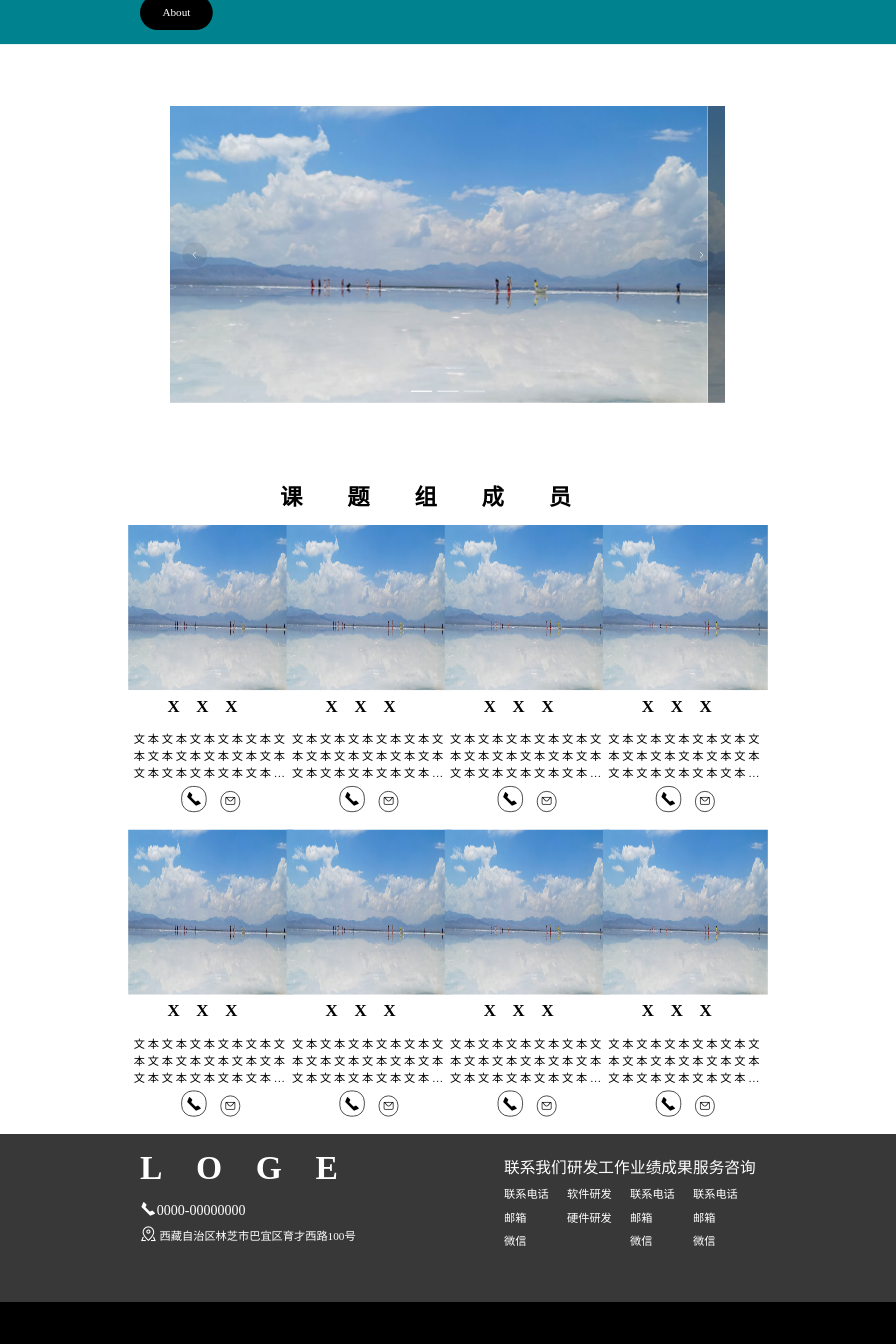
Repository: BLSY/xzust
Page: /
These files come from the project's save history. The page is drawn as it stood at one moment and after the next save; the edit follows.
The browser window is 1280 px wide. The pictures show the part of the page from y = 1230 to 3150 px (the page is 3150 px tall), at 70% of full size.
The project was rebuilt for these pictures with package versions that can differ from the ones it lists, and the page was loaded fresh each time.

Above is the page before, as saved 2022-11-27 13:12:58.

After the next save:
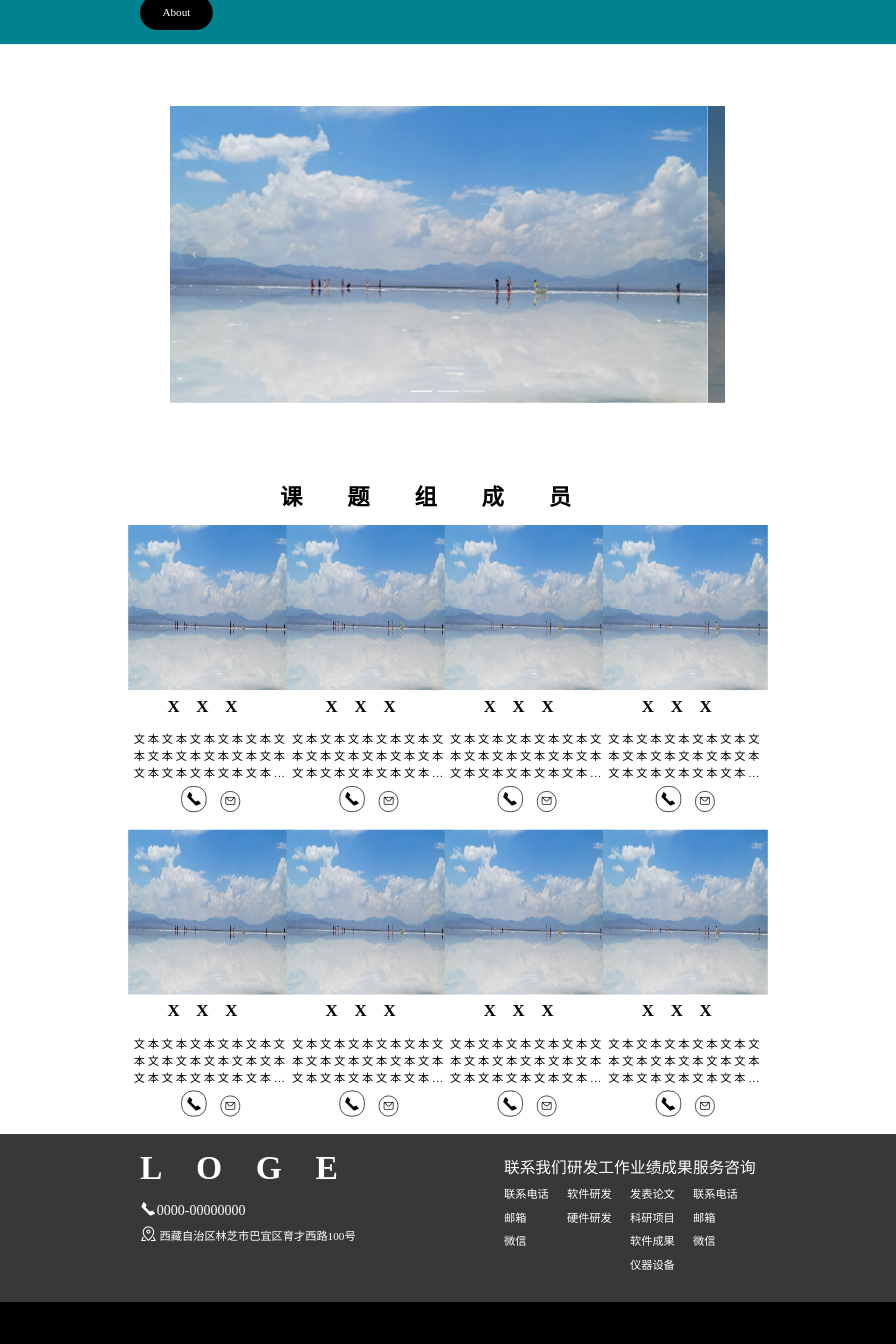
Saved 36 s later.
--- a/src/components/HelloWorld.vue
+++ b/src/components/HelloWorld.vue
@@ -134,9 +134,10 @@
           </div>
            <div class="message-item">
             <div class="titles">业绩成果</div>
-            <div class="texts">联系电话</div>
-            <div class="texts">邮箱</div>
-            <div class="texts">微信</div>
+            <div class="texts">发表论文</div>
+            <div class="texts">科研项目</div>
+            <div class="texts">软件成果</div>
+            <div class="texts">仪器设备</div>
           </div>
            <div class="message-item">
             <div class="titles">服务咨询</div>
